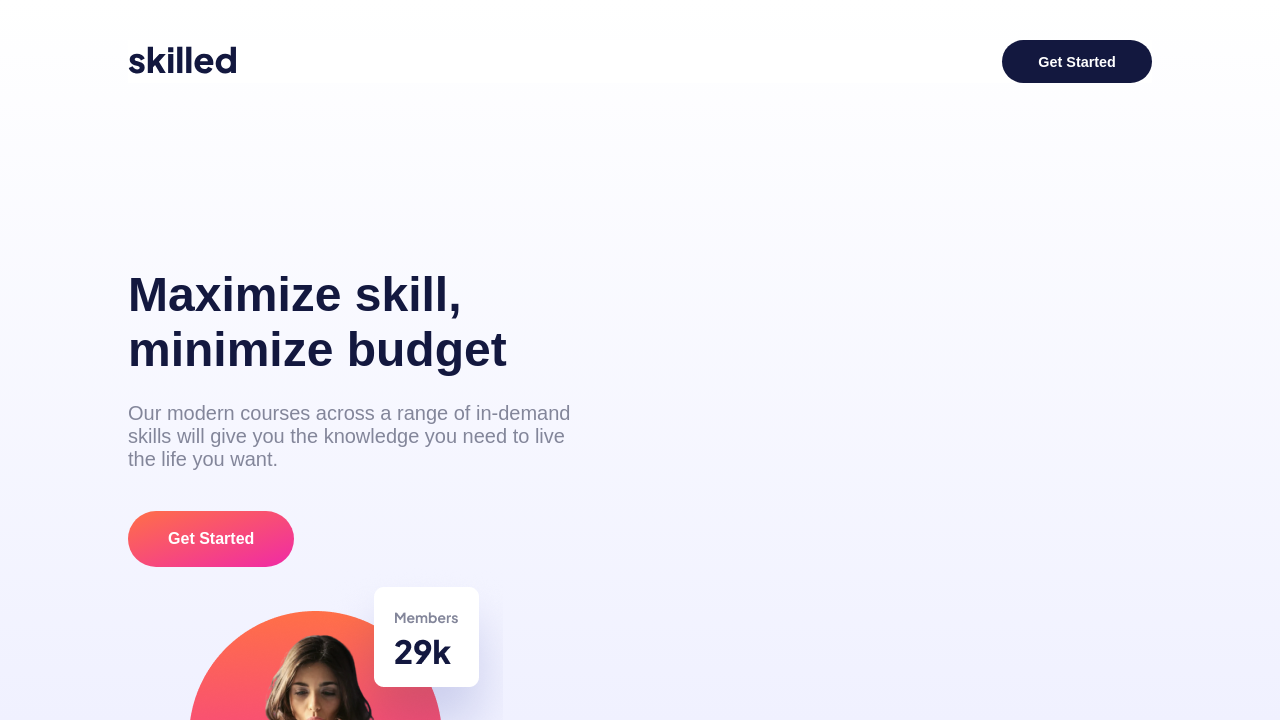
Repository: exe-walt/E-Learning-Landing-Page
Page: index.html
An editor plug-in stored every save of this project. The page is shown before and after the next save, followed by the edit.
The browser window is 1280 px wide. The pictures show the whole page.
An inner scrolling area shows only its first screen. Some web fonts or font styles are not loaded; a fallback is used.

Above is the page before, as saved 2025-05-30 14:01:50.

### index.html
<!DOCTYPE html> <!-- Document type declaration for HTML5 -->
<html lang="en">
<head>
  <meta charset="UTF-8"> <!-- Character encoding set to UTF-8 -->
  <meta name="viewport" content="width=device-width, initial-scale=1.0"> <!-- Responsive design meta tag -->
  <title>Skilled E-Learning Page</title> <!-- Page title -->
  <link rel="stylesheet" href="css/style.css"> <!-- Link to external CSS file -->
  <link href="https://fonts.cdnfonts.com/css/plus-jakarta-sans" rel="stylesheet"> <!-- Import custom font -->
</head>
<body>
  <div class="content-container"> <!-- Main content container -->

    <!-- NAVBAR SECTION -->
    <div class="navbar">
      <ul>
        <li id="logo">
          <img src="img/skilled-logo.svg" alt="logo">
        </li>
        <li class="navbar-btn">
          <button>Get Started</button> <!-- Call-to-action button -->
        </li>
      </ul>
    </div>

    <!-- HERO SECTION -->
    <div class="hero-section">
      <div class="hero-text">
        <h1>Maximize skill, <br>minimize budget</h1>

        <p>
          Our modern courses across a range of in-demand <br> skills will give you the knowledge you need to live <br> the life you want.
        </p>

        <button class="grad-btn1">Get Started</button>

        <div class="hero-img">
          <img src="img/Group 9.png" alt="main-image">
        </div>
      </div>
    </div>

          <!--Popular Courses Cards-->
    <div class="cc"> <!--Courses-Container top-->
      <div class="card main-left">
        <h2>Check out our <br>most popular <br>courses! </h2>
      </div>

      <div class="card">
        <div class="icon">
          <img src="img/animation.svg" alt="Animation Icon">
        </div>
        <h3>Animation</h3>
          <p>Learn the latest animation techniques to create stunning motion design and captivate your audience.</p>
            <a href="#">Get Started</a>
      </div>
      <div class="card">
        <div class="icon">
          <img src="img/design.svg" alt="Design Icon">
        </div>
        <h3>Design</h3>
          <p>Create beautiful, usable interfaces to help shape the future of how the web looks.</p>
            <a href="#">Get Started</a>
      </div>
      <div class="card">
        <div class="icon">
          <img src="img/photography.svg" alt="Photography Icon">
        </div>
        <h3>Photography</h3>
          <p>Explore critical fundamentals like lighting, composition, and focus to capture exceptional photos.</p>
            <a href="#">Get Started</a>
      </div>
      <div class="card">
        <div class="icon">
          <img src="img/crypto.svg" alt="Crypto Icon">
        </div>
        <h3>Crypto</h3>
          <p>All you need to know to get started investing in crypto. Go from beginner to advanced with this 54 hour course.</p>
            <a href="#">Get Started</a>
      </div>
      <div class="card">
        <div class="icon">
          <img src="img/business.svg" alt="Business Icon">
        </div>
        <h3>Business</h3>
          <p>A step-by-step playbook to help you start, scale, and sustain your business without outside investment.</p>
            <a href="#">Get Started</a>
      </div>
    </div>
  </div>

  <!-- FOOTER SECTION -->
  <div class="footer">
    <ul>
      <li id="logo">
        <img src="img/skilled-1.svg" alt="logo">
      </li>
      <li class="footer-btn">
        <button>Get Started</button> <!-- Call-to-action button -->
      </li>
    </ul>
  </div>

</body>
</html>

### css/style.css
* {
  box-sizing: border-box;
  margin: 0;
  padding: 0;
  font-family: "Plus Jakarta Sans", sans-serif;
}

.navbar, .hero-section{
  background-image: url(../img/Group19.png);
}

body {
  font-family: "Plus Jakarta Sans", sans-serif;
  margin: 0;
  background: linear-gradient(to bottom, #FFFFFF, #F0F1FF);
  min-height: 100vh;
}


html, body {
  height: 100%;
  width: 100%;
  overflow-x: hidden;
}

.content-container {
  max-width: 75em;
  width: 80%;
  height: auto;
  margin: 0 auto;
}

.navbar {
  display: flex;
  justify-content: space-between;
  align-items: center;
  background-color: white;
  margin-top: 2.5em;
}

.navbar ul {
  display: flex;
  align-items: center;
  justify-content: space-between;
  width: 100%;
  list-style: none;
}

#logo img {
  height: 1.75em;
  width: auto;
}

.navbar-btn button {
  background-color: #13183f;
  color: white;
  width: 10.4em;
  height: 3em;
  border: none;
  border-radius: 1.8em;
  padding: 0.6rem 1.5rem;
  font-weight: 600;
  font-size: 0.9rem;
  cursor: pointer;
  transition: background-color 0.3s ease;
}

.navbar-btn button:hover {
  cursor: pointer;
  background-color: #666CA3;
}

.hero-section {
  display: flex;
  background-image: none;
}

.hero-text {
  margin-top: 11.5em;
}

.hero-text h1 {
  font-weight: 800; /* ExtraBold */
  font-size: 3rem;
  color: #13183f;
}

.hero-text p {
  font-weight: 400; /* Medium */
  font-size: 1.25rem;
  color: #83869a;
  padding-top: 1.25em;
}

.grad-btn1{
  width: 10.4em;
  height: 3.5em;
  border: none;
  border-radius: 1.8em;
  color: white;
  font-weight: 700;
  font-size: 1em;
  padding: 0.6rem 1.5rem;
  margin-top: 2.5em;
  background: linear-gradient(to bottom right, #FF6F48, #F02AA6);
}

.grad-btn1:hover {
  cursor: pointer;
  background:
    linear-gradient(rgba(255,255,255,0.5), rgba(255,255,255,0.5)),
    linear-gradient(to bottom right, #FF6F48, #F02AA6);
}

.cc{
  display: grid;
  gap: 50px 25px;
  grid-template-columns: repeat(3, 1fr);
  margin-top: 4em;
}

.card, .main-left {
  min-height: 300px;
}

.main-left {
  background: linear-gradient(to bottom right, #FF6F48, #F02AA6);
  color: white;
}

.main-left h2{
  font-size: 2em;
  font-weight: bolder;
  color: white;
  justify-content: center;
}

.card {
  border-radius: 12px;
  background-color: white;
  box-shadow: 0 4px 10px rgba(0, 0, 0, 0.05);
  padding: 2em;
  display: flex;
  flex-direction: column;
  justify-content: space-between;
  gap: 1em;
}

.icon{
  width: 56px;
  height: 56px;
  margin-bottom: 1.5rem;
  margin-top: -4em;
}

.card h3 {
  font-size: 1.25rem;
  color: #13183f;
  }

.card p {
  color: #83869a;
  font-size: 1rem;
  flex-grow: 1;
}

.card a {
  color: #f74780;
  font-weight: bold;
  text-decoration: none;
}

.card a:hover {
  transition: 0.3s ease;
  color: #fa8fb1;
}

.footer{
  background-color: #13183F;
  margin-top: 5.5em;
}

.footer ul{
  display: flex;
  align-items: center;
  justify-content: space-between;
  list-style-type: none;
  max-width: 75em;
  width: 80%;
  height: 7.5em;
  margin: 0 auto;
}

.footer-btn button{
  width: 10.4em;
  height: 3em;
  border: none;
  border-radius: 1.8em;
  color: white;
  font-weight: 700;
  font-size: 1em;
  background: linear-gradient(to bottom right, #4851FF, #F02AA6);
}

.footer-btn button:hover{
  cursor: pointer;
  background:
    linear-gradient(rgba(255,255,255,0.5), rgba(255,255,255,0.5)),
    linear-gradient(to bottom right, #4851FF, #F02AA6);
}

After the next save:
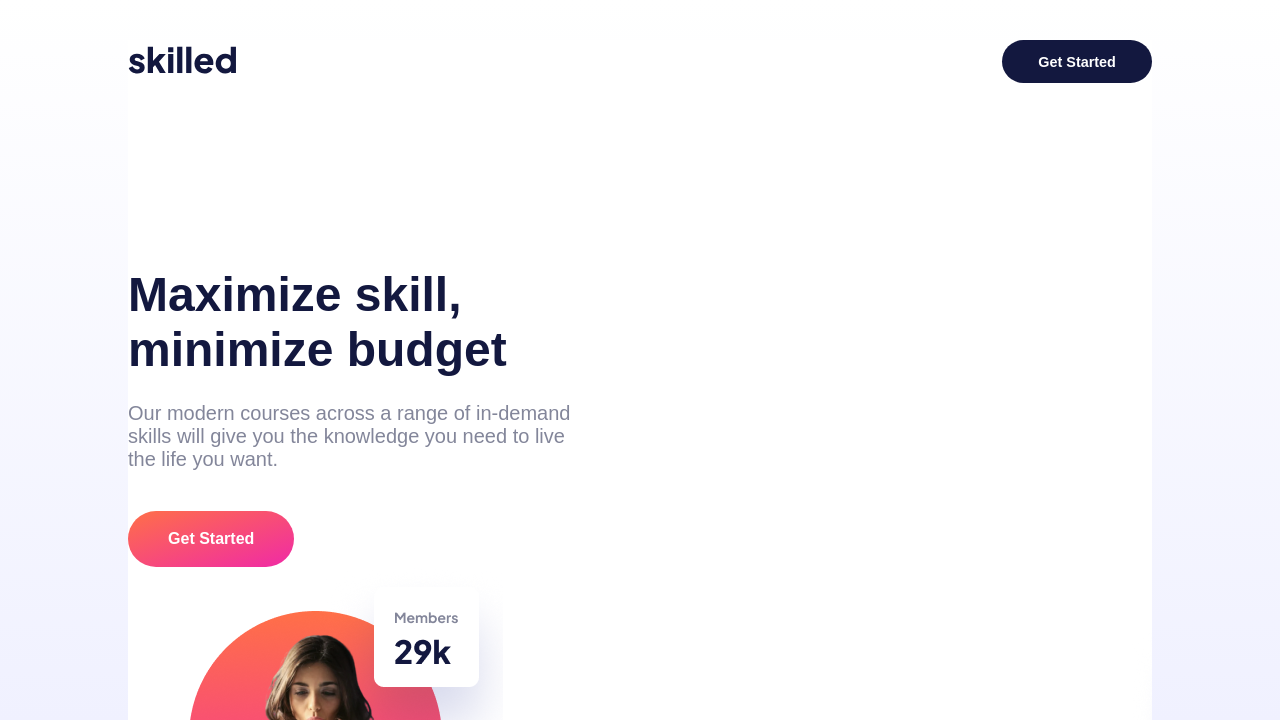
Saved 5 s later.
--- a/css/style.css
+++ b/css/style.css
@@ -72,7 +72,7 @@ html, body {
 
 .hero-section {
   display: flex;
-  background-image: none;
+  background-color: none;
 }
 
 .hero-text {

After the save that followed:
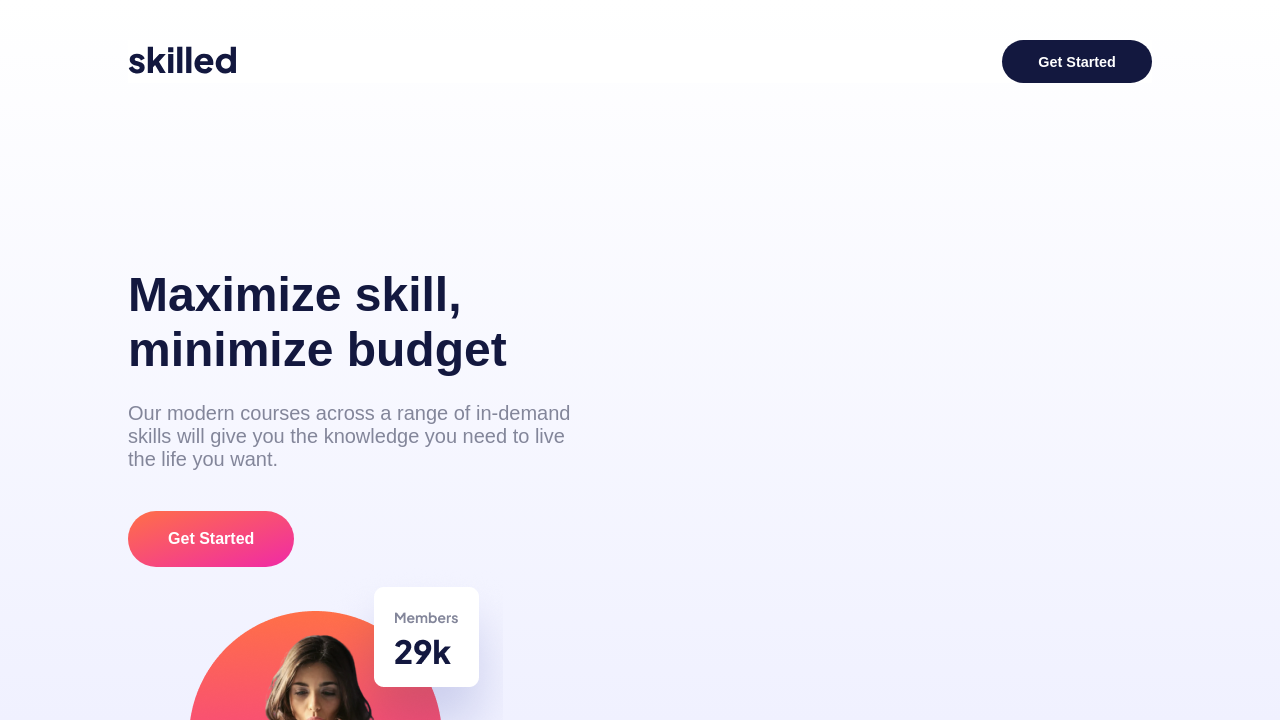
Saved 38 s later.
--- a/css/style.css
+++ b/css/style.css
@@ -3,10 +3,6 @@
   margin: 0;
   padding: 0;
   font-family: "Plus Jakarta Sans", sans-serif;
-}
-
-.navbar, .hero-section{
-  background-image: url(../img/Group19.png);
 }
 
 body {
